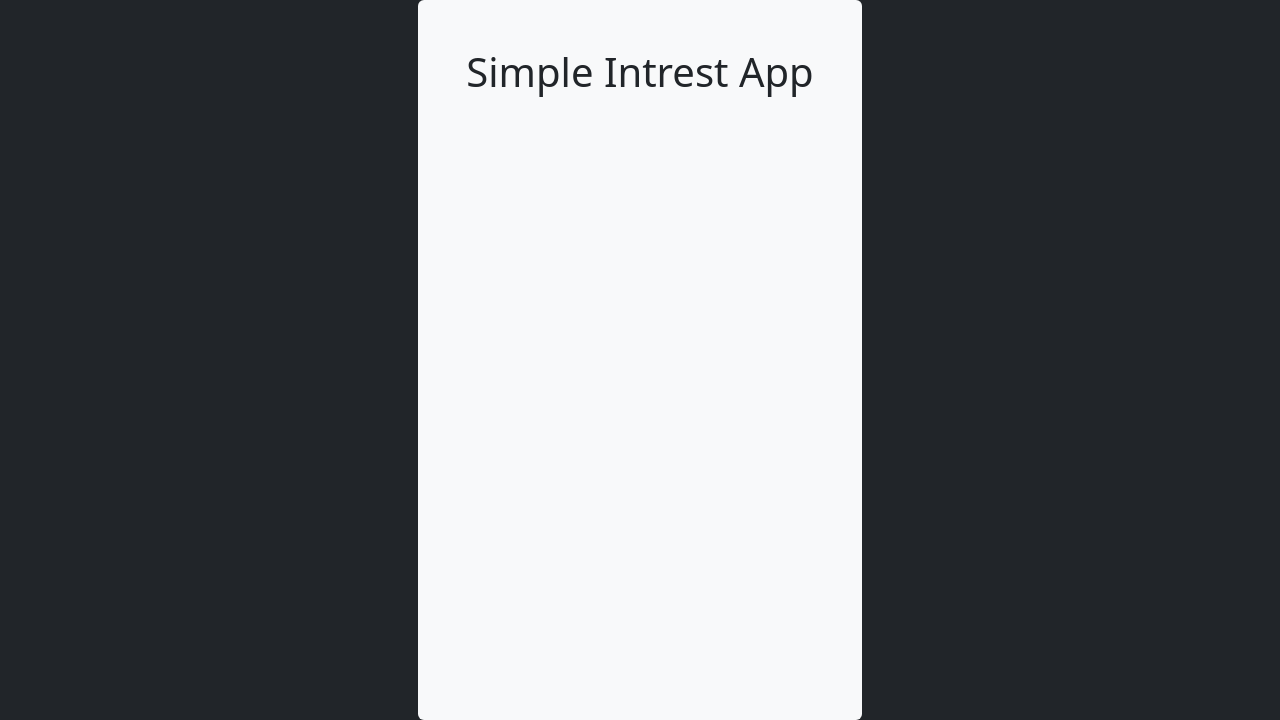
Repository: Afraz13/simple-intrest
Page: /
An editor plug-in stored every save of this project. The page is shown before and after the next save, followed by the edit.
The browser window is 1280 px wide. The pictures show the whole page.
The project was rebuilt for these pictures with package versions that can differ from the ones it lists, and the page was loaded fresh each time. Also part of the build but not shown: src/index.css, src/App.css.

Above is the page before, as saved 2024-07-15 20:21:36.

### public/index.html
<!DOCTYPE html>
<html lang="en">
  <head>
    <meta charset="utf-8" />

    <meta name="viewport" content="width=device-width, initial-scale=1" />
    <link href="https://cdn.jsdelivr.net/npm/bootstrap@5.3.3/dist/css/bootstrap.min.css" rel="stylesheet" integrity="sha384-QWTKZyjpPEjISv5WaRU9OFeRpok6YctnYmDr5pNlyT2bRjXh0JMhjY6hW+ALEwIH" crossorigin="anonymous">

    <title>Simple Intrest</title>
  </head>
  <body>

    <div id="root"></div>

  </body>
</html>

### src/App.js

import './App.css';

function App() {
  return (
    <div style={{height:'100vh'}} className='d-flex justify-content-center align-item-center w-100 bg-dark'>
    <div className='bg-light p-5 rounded'>
    <h1>Simple Intrest App</h1>
    </div>
    </div>
  );
}

export default App;

Loaded but not shown: src/index.js (common file)

After the next save:
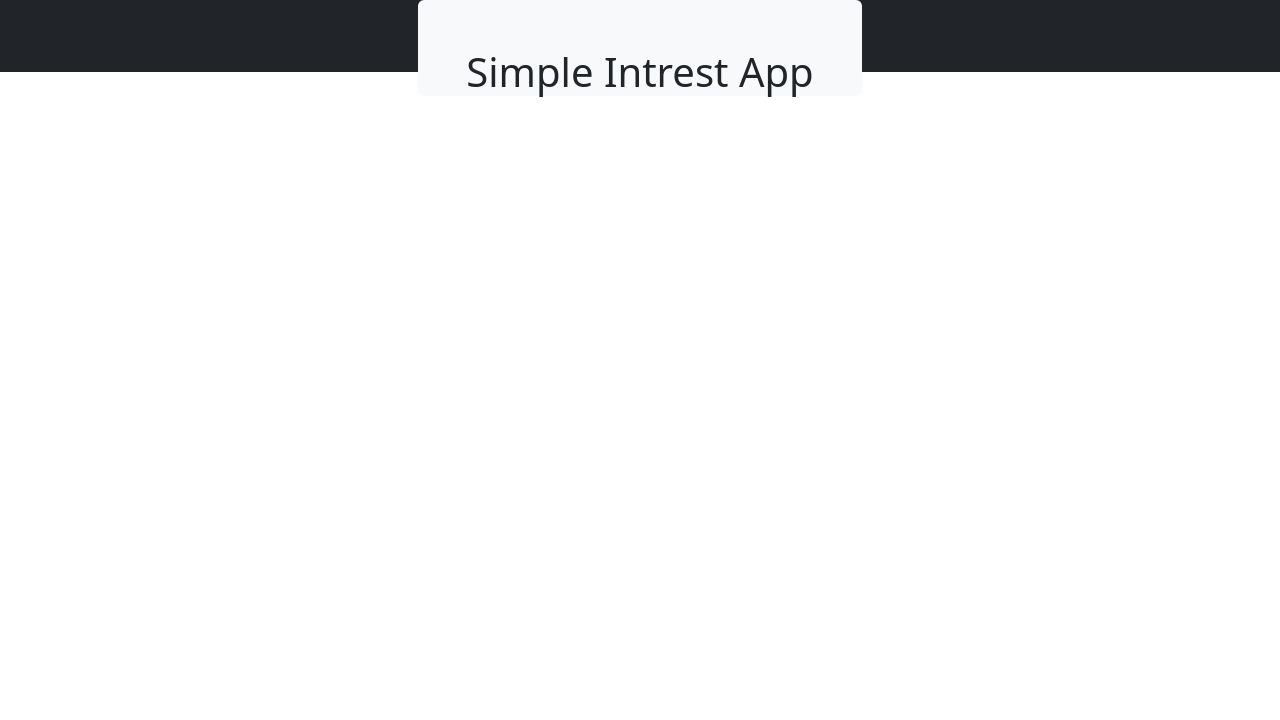
Saved 21 s later.
--- a/src/App.js
+++ b/src/App.js
@@ -3,7 +3,7 @@
 
 function App() {
   return (
-    <div style={{height:'100vh'}} className='d-flex justify-content-center align-item-center w-100 bg-dark'>
+    <div style={{height:'10vh'}} className='d-flex justify-content-center align-item-center w-100 bg-dark'>
     <div className='bg-light p-5 rounded'>
     <h1>Simple Intrest App</h1>
     </div>

After the save that followed:
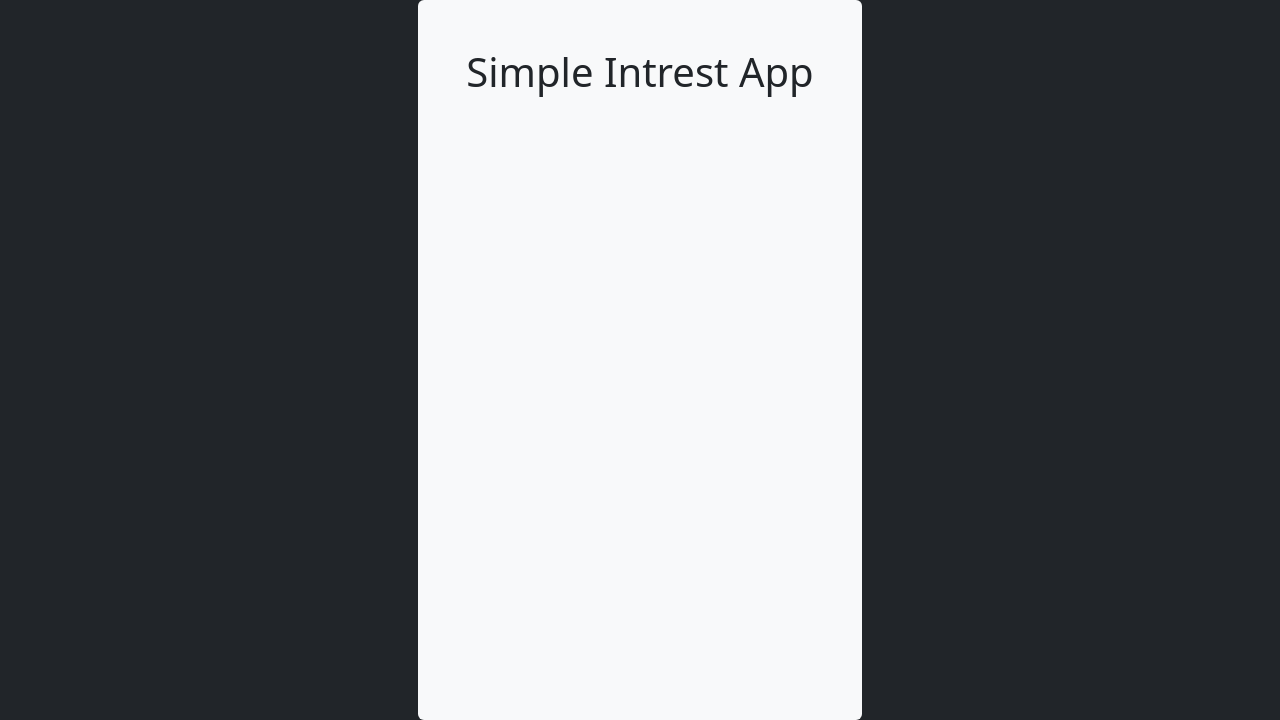
Saved 7 s later.
--- a/src/App.js
+++ b/src/App.js
@@ -3,7 +3,7 @@
 
 function App() {
   return (
-    <div style={{height:'10vh'}} className='d-flex justify-content-center align-item-center w-100 bg-dark'>
+    <div style={{height:'100vh'}} className='d-flex justify-content-center align-item-center w-100 bg-dark'>
     <div className='bg-light p-5 rounded'>
     <h1>Simple Intrest App</h1>
     </div>
